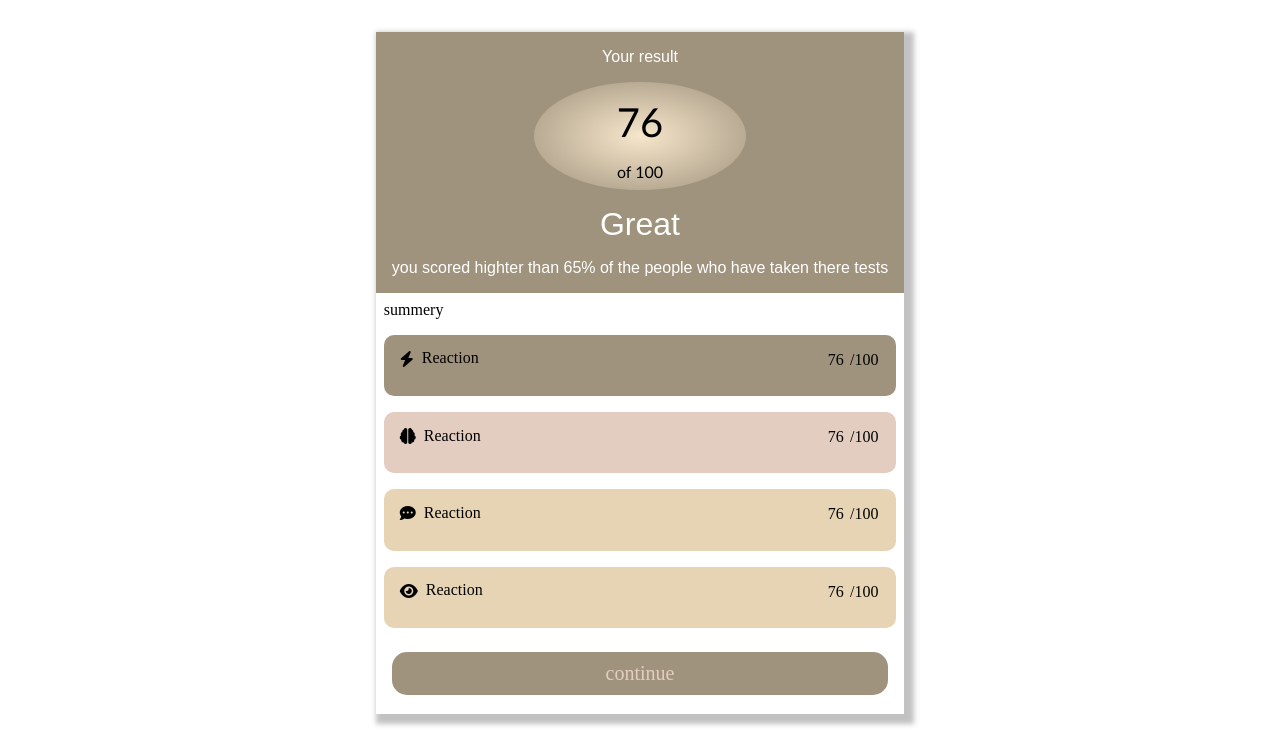
Repository: rahanwz/Card2-raha
Page: card2.html
The author's editor kept a copy of each file at every save. The page is drawn from the files as they stood at one save, then again after the next save.
The browser window is 1280 px wide. The pictures show the whole page.
Some web fonts or font styles are not loaded; a fallback is used. Some web libraries are served in a nearby version.

Above is the page before, as saved 2024-02-21 16:33:15.

After the next save:
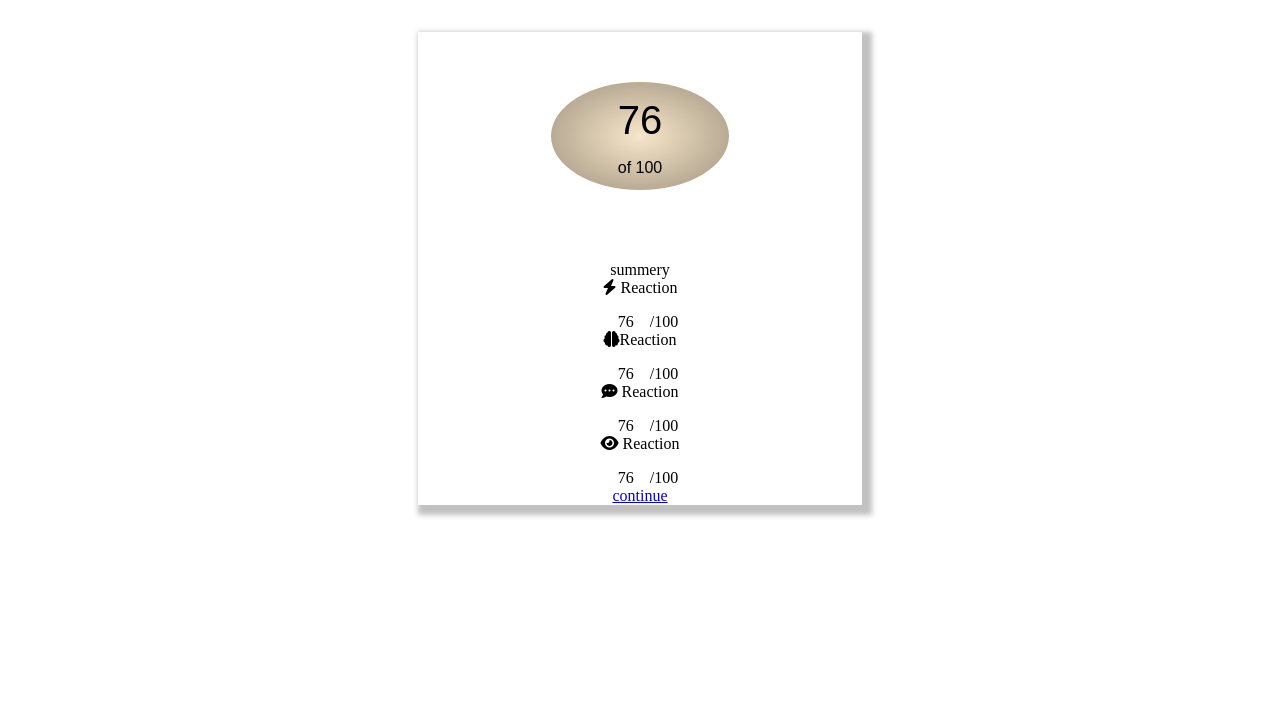
Saved 24 s later.
--- a/card2.css
+++ b/card2.css
@@ -33,7 +33,9 @@
   border-radius: 100%;
   background: radial-gradient(#f6e6cb, #a0937d);
   margin: auto;
-   font-family:'Trebuchet MS', 'Lucida Sans Unicode', 'Lucida Grande', 'Lucida Sans', Arial, sans-serif}
+font-family: "Protest Riot", sans-serif;
+  font-weight: 400;
+  font-style: normal;
 
 .describ {
   padding: 1rem;

After the save that followed:
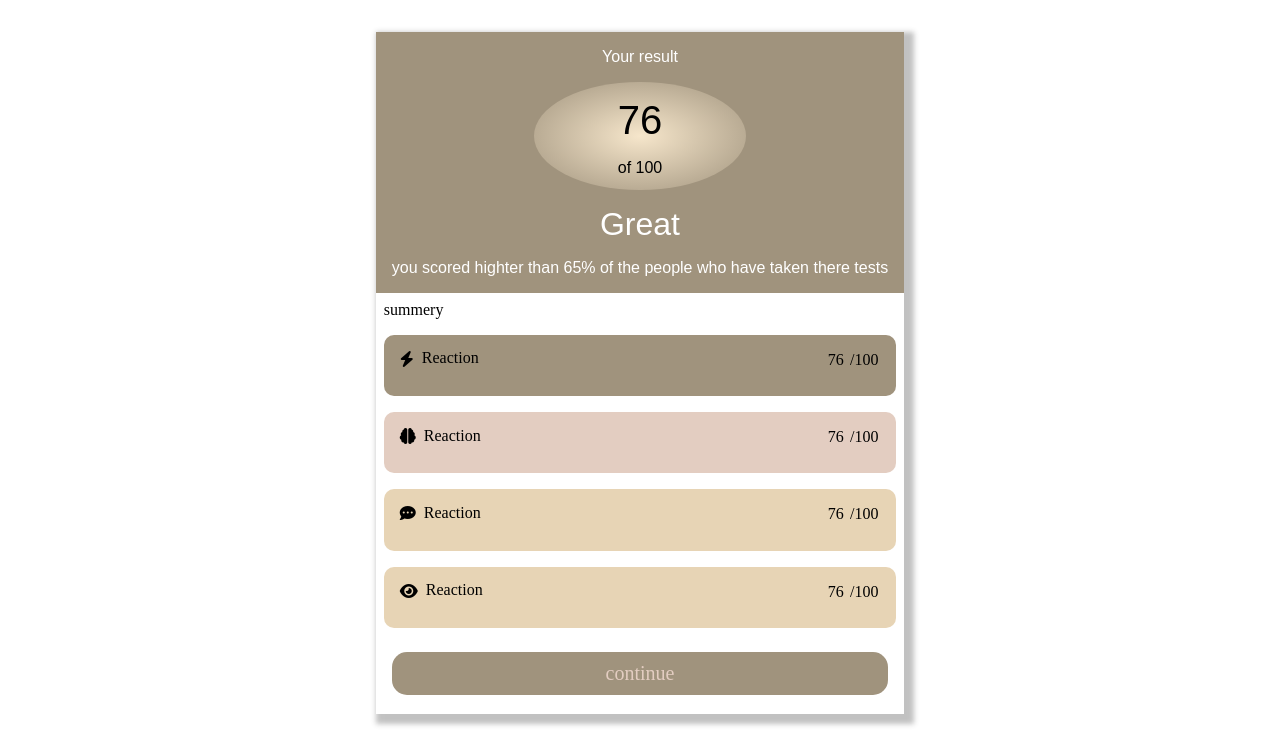
Saved 12 s later.
--- a/card2.css
+++ b/card2.css
@@ -36,7 +36,7 @@
 font-family: "Protest Riot", sans-serif;
   font-weight: 400;
   font-style: normal;
-
+}
 .describ {
   padding: 1rem;
   font-family: "Protest Riot", sans-serif;
